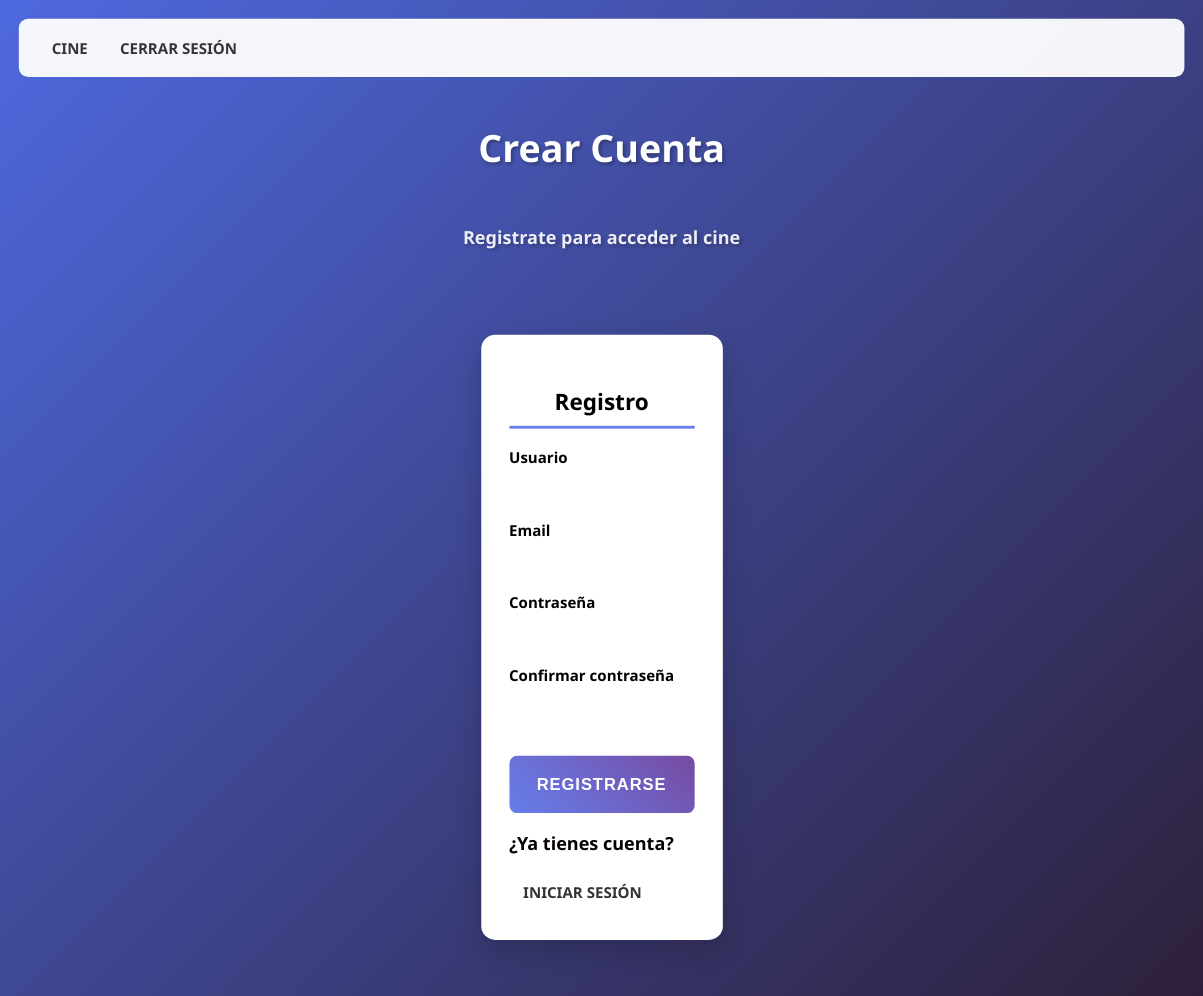
Repository: RoyScc/Practico-Django
Page: http://localhost/register/
These files come from the project's save history. The page is drawn as it stood at one moment and after the next save; the edit follows.
The browser window is 1280 px wide. The pictures show the whole page, at 94% of full size.
The page is served by the project's application, run on Django 5.2 (manage.py). A made-up administrator, testuser (Test User, test@example.com), is signed in.

Above is the page before, as saved 2026-05-27 09:06:36.

After the next save:
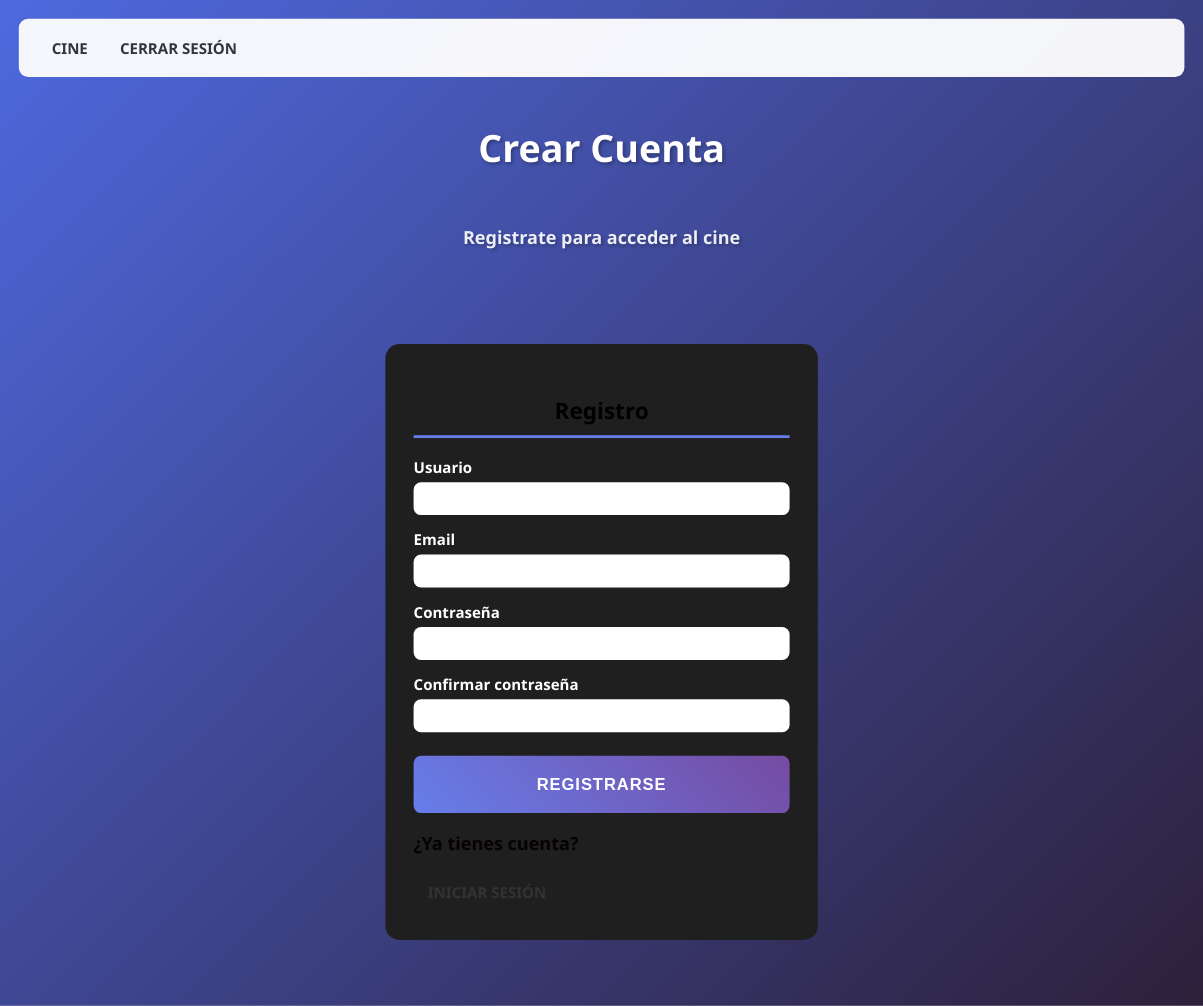
Saved 15 s later.
--- a/tickets/templates/tickets/register.html
+++ b/tickets/templates/tickets/register.html
@@ -7,7 +7,7 @@
 <h1>Crear Cuenta</h1>
 <h4>Registrate para acceder al cine</h4>
 
-<div class="login-container">
+<div class="register-container">
 
     <h3 class="h3">Registro</h3>
 
